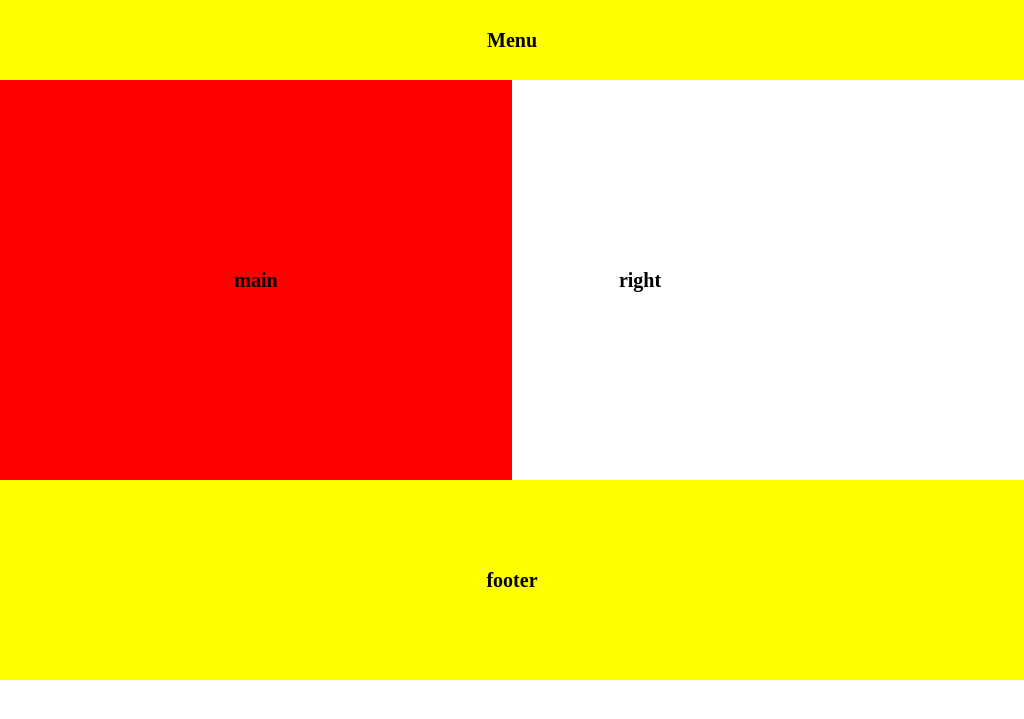
Repository: Nghia19/WEB20022-_00
Page: HTML5_CSS3/bai-1.html
An editor plug-in stored every save of this project. The page is shown before and after the next save, followed by the edit.
The browser window is 1024 px wide. The pictures show the whole page.

Above is the page before, as saved 2021-06-26 13:08:17.

After the next save:
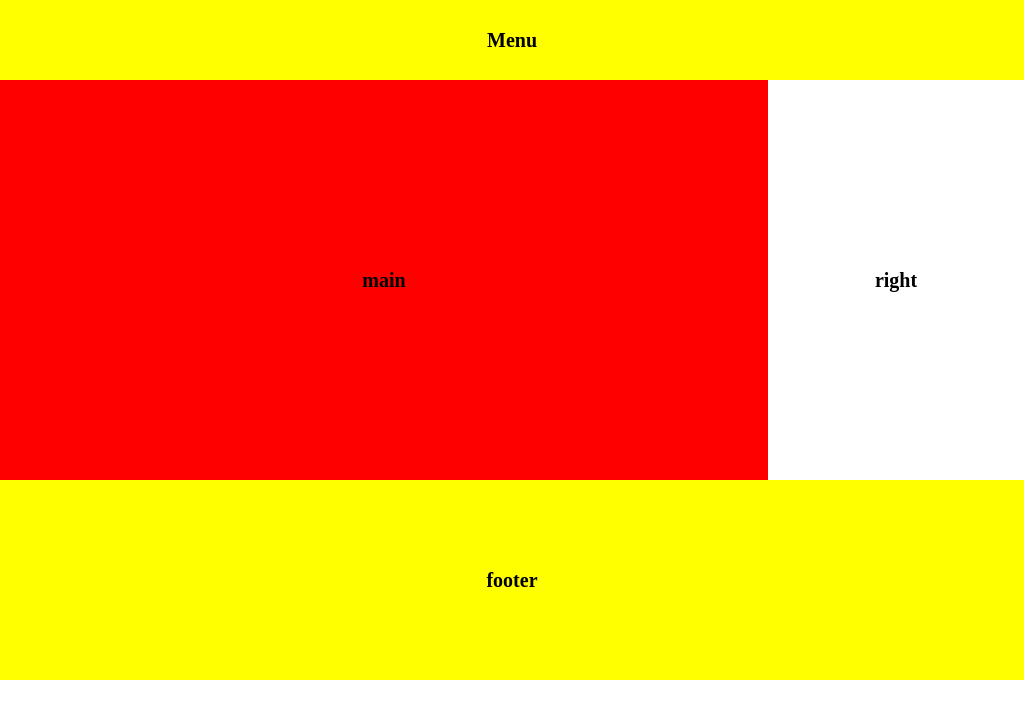
Saved 23 s later.
--- a/HTML5_CSS3/css/style.css
+++ b/HTML5_CSS3/css/style.css
@@ -46,4 +46,7 @@
   header, .left{
     display: none;
   }
+  main{
+    grid-column: 1/3;
+  }
 }
